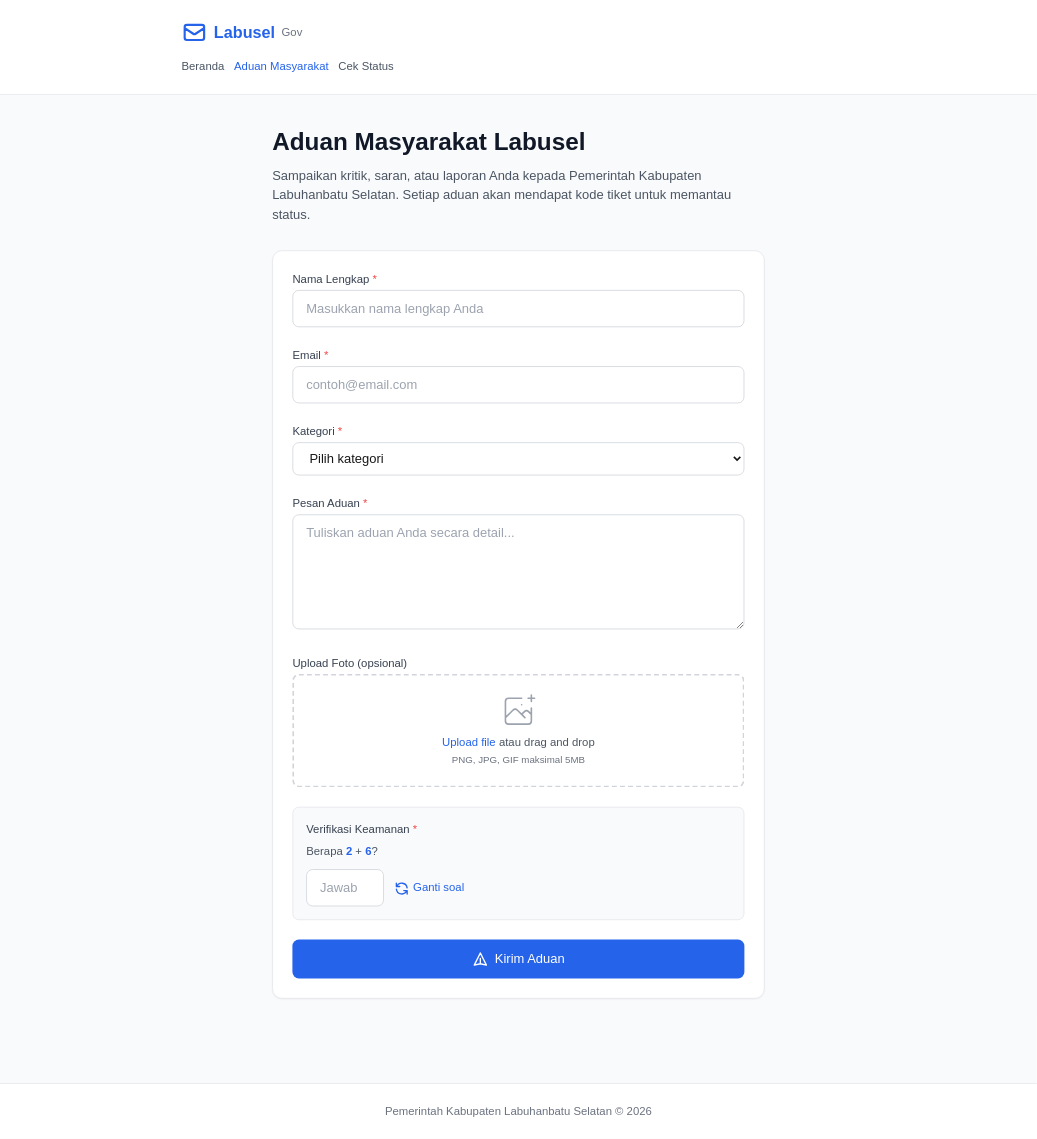
Repository: ahmaddzulkarnainyoo-dev/labusel-final
Page: /aduan
These files come from the project's save history. The page is drawn as it stood at one moment and after the next save; the edit follows.
The browser window is 1280 px wide. The pictures show the whole page, at 81% of full size.
The project was rebuilt for these pictures with package versions that can differ from the ones it lists, and the page was loaded fresh each time. The framework's server and built-in components were replaced by stand-ins that run in the browser. Also part of the build but not shown: next.config.js, next.config.mjs.

Above is the page before, as saved 2026-06-24 15:28:00.

### src/app/aduan/page.tsx
// app/aduan/page.tsx
'use client';

import { useState, useEffect } from 'react';

export default function AduanPage() {
  const [formData, setFormData] = useState({
    nama: '',
    email: '',
    kategori: '',
    pesan: '',
  });
  const [foto, setFoto] = useState<File | null>(null);
  const [captchaAnswer, setCaptchaAnswer] = useState('');
  const [captchaNum1, setCaptchaNum1] = useState(0);
  const [captchaNum2, setCaptchaNum2] = useState(0);
  const [loading, setLoading] = useState(false);
  const [error, setError] = useState('');
  const [success, setSuccess] = useState<{ kode_tiket: string } | null>(null);

  // Generate CAPTCHA on mount
  useEffect(() => {
    generateCaptcha();
  }, []);

  function generateCaptcha() {
    const num1 = Math.floor(Math.random() * 10) + 1;
    const num2 = Math.floor(Math.random() * 10) + 1;
    setCaptchaNum1(num1);
    setCaptchaNum2(num2);
    setCaptchaAnswer('');
  }

  function handleChange(e: React.ChangeEvent<HTMLInputElement | HTMLTextAreaElement | HTMLSelectElement>) {
    const { name, value } = e.target;
    setFormData(prev => ({ ...prev, [name]: value }));
  }

  function handleFileChange(e: React.ChangeEvent<HTMLInputElement>) {
    if (e.target.files && e.target.files[0]) {
      setFoto(e.target.files[0]);
    }
  }

  async function handleSubmit(e: React.FormEvent) {
    e.preventDefault();
    setError('');
    setLoading(true);

    // Validate CAPTCHA client-side
    const expected = captchaNum1 + captchaNum2;
    if (parseInt(captchaAnswer) !== expected) {
      setError('Jawaban CAPTCHA salah');
      setLoading(false);
      generateCaptcha();
      return;
    }

    try {
      const formPayload = new FormData();
      formPayload.append('nama', formData.nama);
      formPayload.append('email', formData.email);
      formPayload.append('kategori', formData.kategori);
      formPayload.append('pesan', formData.pesan);
      formPayload.append('captcha_answer', captchaAnswer);
      formPayload.append('captcha_expected', String(expected));
      if (foto) {
        formPayload.append('foto', foto);
      }

      const res = await fetch('/api/aduan', {
        method: 'POST',
        body: formPayload,
      });

      const data = await res.json();

      if (!res.ok) {
        setError(data.error || 'Gagal mengirim aduan');
        generateCaptcha();
        return;
      }

      setSuccess({ kode_tiket: data.kode_tiket });
      setFormData({ nama: '', email: '', kategori: '', pesan: '' });
      setFoto(null);
    } catch (err: any) {
      setError('Terjadi kesalahan. Silakan coba lagi.');
      generateCaptcha();
    } finally {
      setLoading(false);
    }
  }

  function resetForm() {
    setSuccess(null);
    generateCaptcha();
  }

  return (
    <div className="min-h-screen bg-gray-50">
      {/* Header */}
      <header className="bg-white border-b border-gray-200">
        <div className="max-w-4xl mx-auto px-4 sm:px-6 lg:px-8 py-6">
          <div className="flex items-center space-x-2 mb-4">
            <svg className="w-8 h-8 text-blue-600" fill="none" stroke="currentColor" viewBox="0 0 24 24">
              <path strokeLinecap="round" strokeLinejoin="round" strokeWidth={2} d="M3 8l7.89 5.26a2 2 0 002.22 0L21 8M5 19h14a2 2 0 002-2V7a2 2 0 00-2-2H5a2 2 0 00-2 2v10a2 2 0 002 2z" />
            </svg>
            <span className="text-xl font-bold text-blue-600">Labusel</span>
            <span className="text-sm text-gray-500">Gov</span>
          </div>
          <nav className="flex flex-wrap gap-3 text-sm">
            <a href="/" className="text-gray-600 hover:text-blue-600">Beranda</a>
            <a href="/aduan" className="text-blue-600 font-medium">Aduan Masyarakat</a>
            <a href="/cek-status" className="text-gray-600 hover:text-blue-600">Cek Status</a>
          </nav>
        </div>
      </header>

      <main className="max-w-2xl mx-auto px-4 sm:px-6 lg:px-8 py-10">
        {/* Success Modal */}
        {success && (
          <div className="fixed inset-0 bg-black bg-opacity-50 flex items-center justify-center z-50 p-4">
            <div className="bg-white rounded-xl shadow-2xl p-8 max-w-md w-full text-center">
              <div className="w-16 h-16 bg-green-100 rounded-full flex items-center justify-center mx-auto mb-4">
                <svg className="w-8 h-8 text-green-600" fill="none" stroke="currentColor" viewBox="0 0 24 24">
                  <path strokeLinecap="round" strokeLinejoin="round" strokeWidth={2} d="M5 13l4 4L19 7" />
                </svg>
              </div>
              <h2 className="text-2xl font-bold text-gray-900 mb-2">Aduan Terkirim!</h2>
              <p className="text-gray-600 mb-6">Simpan kode tiket ini untuk memantau status aduan Anda.</p>
              <div className="bg-blue-50 border border-blue-200 rounded-lg p-4 mb-6">
                <p className="text-sm text-blue-600 font-medium mb-1">Kode Tiket</p>
                <p className="text-2xl font-bold text-blue-700 tracking-wider">{success.kode_tiket}</p>
              </div>
              <button
                onClick={resetForm}
                className="w-full bg-blue-600 text-white py-3 px-6 rounded-lg font-medium hover:bg-blue-700 transition-colors"
              >
                Kirim Aduan Lainnya
              </button>
            </div>
          </div>
        )}

        <h1 className="text-3xl font-bold text-gray-900 mb-3">Aduan Masyarakat Labusel</h1>
        <p className="text-gray-600 mb-8">
          Sampaikan kritik, saran, atau laporan Anda kepada Pemerintah Kabupaten Labuhanbatu Selatan.
          Setiap aduan akan mendapat kode tiket untuk memantau status.
        </p>

        {error && (
          <div className="bg-red-50 border border-red-200 text-red-700 px-4 py-3 rounded-lg mb-6">
            {error}
          </div>
        )}

        <form onSubmit={handleSubmit} className="bg-white rounded-xl shadow-sm border border-gray-200 p-4 sm:p-6 space-y-6">
          {/* Nama Lengkap */}
          <div>
            <label htmlFor="nama" className="block text-sm font-medium text-gray-700 mb-1">
              Nama Lengkap <span className="text-red-500">*</span>
            </label>
            <input
              type="text"
              id="nama"
              name="nama"
              value={formData.nama}
              onChange={handleChange}
              required
              className="w-full px-4 py-2.5 border border-gray-300 rounded-lg focus:ring-2 focus:ring-blue-500 focus:border-blue-500 outline-none transition-colors text-base"
              placeholder="Masukkan nama lengkap Anda"
            />
          </div>

          {/* Email */}
          <div>
            <label htmlFor="email" className="block text-sm font-medium text-gray-700 mb-1">
              Email <span className="text-red-500">*</span>
            </label>
            <input
              type="email"
              id="email"
              name="email"
              value={formData.email}
              onChange={handleChange}
              required
              className="w-full px-4 py-2.5 border border-gray-300 rounded-lg focus:ring-2 focus:ring-blue-500 focus:border-blue-500 outline-none transition-colors text-base"
              placeholder="contoh@email.com"
            />
          </div>

          {/* Kategori */}
          <div>
            <label htmlFor="kategori" className="block text-sm font-medium text-gray-700 mb-1">
              Kategori <span className="text-red-500">*</span>
            </label>
            <select
              id="kategori"
              name="kategori"
              value={formData.kategori}
              onChange={handleChange}
              required
              className="w-full px-4 py-2.5 border border-gray-300 rounded-lg focus:ring-2 focus:ring-blue-500 focus:border-blue-500 outline-none transition-colors bg-white text-base"
            >
              <option value="">Pilih kategori</option>
              <option value="Infrastruktur">Infrastruktur</option>
              <option value="Pelayanan Publik">Pelayanan Publik</option>
              <option value="Kesehatan">Kesehatan</option>
              <option value="Pendidikan">Pendidikan</option>
              <option value="Lingkungan">Lingkungan</option>
              <option value="Lainnya">Lainnya</option>
            </select>
          </div>

          {/* Pesan */}
          <div>
            <label htmlFor="pesan" className="block text-sm font-medium text-gray-700 mb-1">
              Pesan Aduan <span className="text-red-500">*</span>
            </label>
            <textarea
              id="pesan"
              name="pesan"
              value={formData.pesan}
              onChange={handleChange}
              required
              rows={5}
              className="w-full px-4 py-2.5 border border-gray-300 rounded-lg focus:ring-2 focus:ring-blue-500 focus:border-blue-500 outline-none transition-colors resize-y text-base"
              placeholder="Tuliskan aduan Anda secara detail..."
            />
          </div>

          {/* Upload Foto */}
          <div>
            <label htmlFor="foto" className="block text-sm font-medium text-gray-700 mb-1">
              Upload Foto (opsional)
            </label>
            <div className="mt-1 flex justify-center px-6 pt-5 pb-6 border-2 border-gray-300 border-dashed rounded-lg hover:border-blue-400 transition-colors">
              <div className="space-y-1 text-center">
                <svg className="mx-auto h-12 w-12 text-gray-400" stroke="currentColor" fill="none" viewBox="0 0 48 48">
                  <path d="M28 8H12a4 4 0 00-4 4v20m32-12v8m0 0v8a4 4 0 01-4 4H12a4 4 0 01-4-4v-4m32-4l-3.172-3.172a4 4 0 00-5.656 0L28 28M8 32l9.172-9.172a4 4 0 015.656 0L28 28m0 0l4 4m4-24h8m-4-4v8m-12 4h.02" strokeWidth="2" strokeLinecap="round" strokeLinejoin="round" />
                </svg>
                <div className="flex text-sm text-gray-600">
                  <label htmlFor="foto" className="relative cursor-pointer bg-white rounded-md font-medium text-blue-600 hover:text-blue-500 focus-within:outline-none">
                    <span>Upload file</span>
                    <input
                      id="foto"
                      name="foto"
                      type="file"
                      accept="image/*"
                      onChange={handleFileChange}
                      className="sr-only"
                    />
                  </label>
                  <p className="pl-1">atau drag and drop</p>
                </div>
                <p className="text-xs text-gray-500">PNG, JPG, GIF maksimal 5MB</p>
                {foto && (
                  <p className="text-sm text-green-600 font-medium">{foto.name}</p>
                )}
              </div>
            </div>
          </div>

          {/* CAPTCHA */}
          <div className="bg-gray-50 rounded-lg p-4 border border-gray-200">
            <label className="block text-sm font-medium text-gray-700 mb-2">
              Verifikasi Keamanan <span className="text-red-500">*</span>
            </label>
            <p className="text-sm text-gray-600 mb-3">
              Berapa <span className="font-bold text-blue-600">{captchaNum1}</span> +{' '}
              <span className="font-bold text-blue-600">{captchaNum2}</span>?
            </p>
            <div className="flex items-center space-x-3">
              <input
                type="number"
                value={captchaAnswer}
                onChange={(e) => setCaptchaAnswer(e.target.value)}
                required
                className="w-24 px-4 py-2.5 border border-gray-300 rounded-lg focus:ring-2 focus:ring-blue-500 focus:border-blue-500 outline-none transition-colors text-base"
                placeholder="Jawab"
              />
              <button
                type="button"
                onClick={generateCaptcha}
                className="text-blue-600 hover:text-blue-700 text-sm font-medium"
              >
                <svg className="w-5 h-5 inline-block mr-1" fill="none" stroke="currentColor" viewBox="0 0 24 24">
                  <path strokeLinecap="round" strokeLinejoin="round" strokeWidth={2} d="M4 4v5h.582m15.356 2A8.001 8.001 0 004.582 9m0 0H9m11 11v-5h-.581m0 0a8.003 8.003 0 01-15.357-2m15.357 2H15" />
                </svg>
                Ganti soal
              </button>
            </div>
          </div>

          {/* Submit Button */}
          <button
            type="submit"
            disabled={loading}
            className="w-full bg-blue-600 text-white py-3 px-6 rounded-lg font-medium hover:bg-blue-700 transition-colors disabled:opacity-50 disabled:cursor-not-allowed flex items-center justify-center space-x-2"
          >
            {loading ? (
              <>
                <svg className="animate-spin h-5 w-5 text-white" fill="none" viewBox="0 0 24 24">
                  <circle className="opacity-25" cx="12" cy="12" r="10" stroke="currentColor" strokeWidth="4" />
                  <path className="opacity-75" fill="currentColor" d="M4 12a8 8 0 018-8V0C5.373 0 0 5.373 0 12h4z" />
                </svg>
                <span>Mengirim...</span>
              </>
            ) : (
              <>
                <svg className="w-5 h-5" fill="none" stroke="currentColor" viewBox="0 0 24 24">
                  <path strokeLinecap="round" strokeLinejoin="round" strokeWidth={2} d="M12 19l9 2-9-18-9 18 9-2zm0 0v-8" />
                </svg>
                <span>Kirim Aduan</span>
              </>
            )}
          </button>
        </form>
      </main>

      {/* Footer */}
      <footer className="bg-white border-t border-gray-200 mt-16">
        <div className="max-w-4xl mx-auto px-4 py-6 text-center text-sm text-gray-500">
          Pemerintah Kabupaten Labuhanbatu Selatan &copy; {new Date().getFullYear()}
        </div>
      </footer>
    </div>
  );
}

### src/app/globals.css
@import 'aos/dist/aos.css';

@tailwind base;
@tailwind components;
@tailwind utilities;

:root {
  --background: #ffffff;
  --foreground: #171717;
}

@media (prefers-color-scheme: dark) {
  :root {
    --background: #0a0a0a;
    --foreground: #ededed;
  }
}

body {
  color: var(--foreground);
  background: var(--background);
  font-family: Arial, Helvetica, sans-serif;
}

@keyframes breatheMap {
  0% { transform: scale(1); }
  50% { transform: scale(1.05); }
  100% { transform: scale(1); }
}

@keyframes fadeInScale {
  0% { opacity: 0; transform: scale(0.7); }
  100% { opacity: 1; transform: scale(1); }
}

@keyframes slideUpFade {
  0% { opacity: 0; transform: translateY(20px); }
  100% { opacity: 1; transform: translateY(0); }
}

@keyframes fadeIn {
  0% { opacity: 0; }
  100% { opacity: 1; }
}

/* Gradien bergerak untuk splash background */
@keyframes gradientMove {
  0% { background-position: 0% 50%; }
  50% { background-position: 100% 50%; }
  100% { background-position: 0% 50%; }
}

/* Pulse glow untuk logo (scale + shadow) */
@keyframes pulseGlow {
  0%, 100% { transform: scale(1); filter: drop-shadow(0 0 30px rgba(37, 99, 235, 0.4)); }
  50% { transform: scale(1.05); filter: drop-shadow(0 0 60px rgba(37, 99, 235, 0.8)); }
}

/* Garis bergerak */
@keyframes lineExpand {
  0% { width: 0%; opacity: 0; }
  100% { width: 100%; opacity: 1; }
}

/* Fade-in landing page */
@keyframes fadeInPage {
  0% { opacity: 0; }
  100% { opacity: 1; }
}

/* Shimmer effect for text */
@keyframes shimmer {
  0% { background-position: -200% center; }
  100% { background-position: 200% center; }
}

@layer utilities {
  .text-balance {
    text-wrap: balance;
  }
}

.text-gray-900 {
  color: #111827;
}

Loaded but not shown: src/app/layout.tsx (common file); tailwind.config.ts (common file)

After the next save:
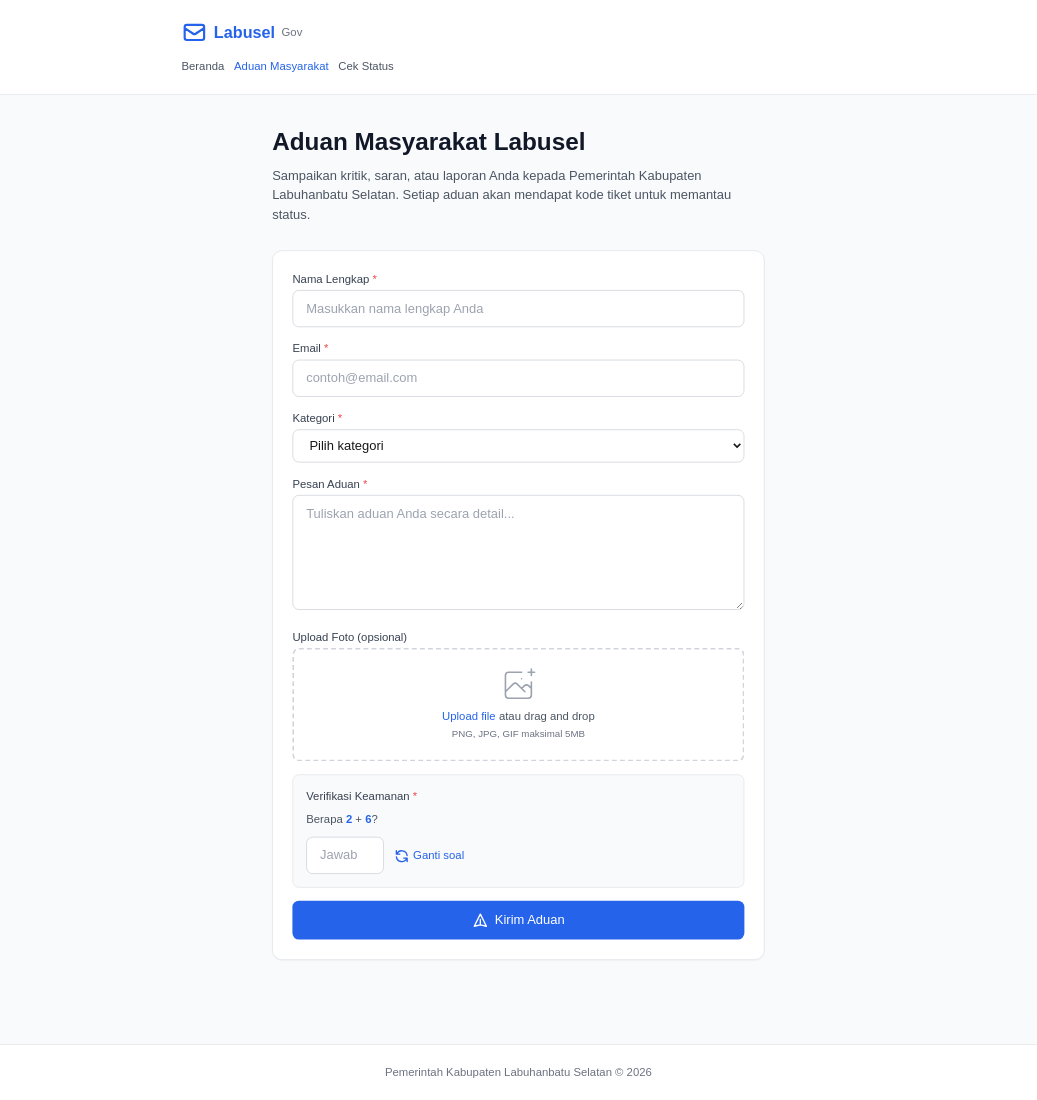
Saved 96 s later.
--- a/src/app/aduan/page.tsx
+++ b/src/app/aduan/page.tsx
@@ -155,7 +155,7 @@ export default function AduanPage() {
           </div>
         )}
 
-        <form onSubmit={handleSubmit} className="bg-white rounded-xl shadow-sm border border-gray-200 p-4 sm:p-6 space-y-6">
+        <form onSubmit={handleSubmit} className="bg-white rounded-xl shadow-sm border border-gray-200 p-4 sm:p-6 space-y-3 sm:space-y-4">
           {/* Nama Lengkap */}
           <div>
             <label htmlFor="nama" className="block text-sm font-medium text-gray-700 mb-1">
